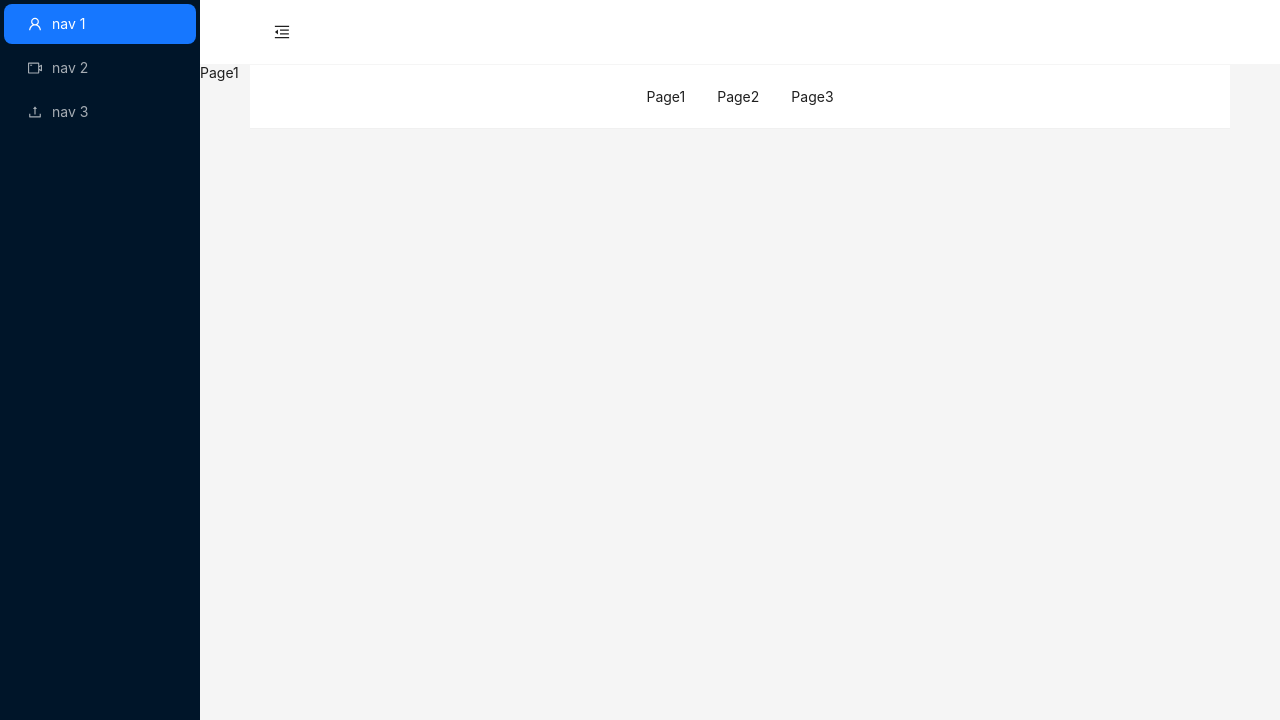
Repository: BESTETURKMEN/e-commerce
Page: /
These files come from the project's save history. The page is drawn as it stood at one moment and after the next save; the edit follows.
The browser window is 1280 px wide. The pictures show the whole page.
The project was rebuilt for these pictures with package versions that can differ from the ones it lists, and the page was loaded fresh each time. Also part of the build but not shown: webpack.config.js, src/pages/page2.jsx, src/pages/page3.jsx.

Above is the page before, as saved 2023-08-21 10:35:40.

### public/index.html
<!DOCTYPE html>
<html lang="en">
  <head>
    <meta charset="utf-8" />

    <meta name="viewport" content="width=device-width, initial-scale=1" />
    <meta name="theme-color" content="#000000" />
    <meta
      name="description"
      content="Web site created using create-react-app"
    />
    <link rel="apple-touch-icn" href="" />

    <title>React App</title>
  </head>
  <body>
    <noscript>You need to enable JavaScript to run this app.</noscript>
    <div id="root"></div>
  </body>
</html>

### src/index.js
import React from "react";
import ReactDOM from "react-dom/client";

import { HashRouter } from "react-router-dom";

import reportWebVitals from "./reportWebVitals";
import RouteWrapper from "./config/routeWrapper";

const root = ReactDOM.createRoot(document.getElementById("root"));
root.render(
  <React.StrictMode>
    <HashRouter>
      <RouteWrapper />
    </HashRouter>
  </React.StrictMode>
);

// If you want to start measuring performance in your app, pass a function
// to log results (for example: reportWebVitals(console.log))
// or send to an analytics endpoint. Learn more: https://bit.ly/CRA-vitals
reportWebVitals();

### src/config/routeWrapper.jsx
import React from "react";
import { Route, Routes } from "react-router";

import Index from "../layout";
import Page1 from "../pages/page1";
import Page2 from "../pages/page2";
import Page3 from "../pages/page3";

export default function RouteWrapper() {
  return (
    <div>
      <Routes>
        <Route element={<Index />}>
          <Route path="/" element={<Page1 />} />
          <Route path="/Page2" element={<Page2 />} />
          <Route path="/Page3" element={<Page3 />} />
        </Route>
      </Routes>
    </div>
  );
}

### src/layout/index.jsx
import React from "react";
import { Outlet } from "react-router";
import { Layout } from "antd";

import Header from "./header";

import "./layout.scss";
import Sider from "./sider";

export default function Index() {
  return (
    <div className="layout">
      <Layout>
        <Layout.Sider>
          <Sider />
        </Layout.Sider>
        <Layout>
          <Layout.Header>
            <Header />
          </Layout.Header>
          <Layout.Content className="content">
            <Outlet />
          </Layout.Content>
        </Layout>
      </Layout>
    </div>
  );
}

### src/pages/page1.jsx
import React from "react";

export default function Page1() {
  return <div>Page1</div>;
}

### src/layout/header.jsx
import { Button, Menu } from "antd";
import React, { useState } from "react";
import { Link } from "react-router-dom";
import "./layout.scss";
import { MenuFoldOutlined, MenuUnfoldOutlined } from "@ant-design/icons";
export default function Header() {
  const [collapsed, setCollapsed] = useState(false);
  const menu = [
    {
      key: "1",
      label: "Page1",
      path: "/",
    },
    {
      key: "2",
      label: "Page2",
      path: "/Page2",
    },
    {
      key: "3",
      label: "Page3",
      path: "/Page3",
    },
  ];
  return (
    <div className="header">
      <Button
        type="text"
        icon={collapsed ? <MenuUnfoldOutlined /> : <MenuFoldOutlined />}
        onClick={() => setCollapsed(!collapsed)}
        style={{
          fontSize: "16px",
          width: 64,
          height: 64,
        }}
      />
      <div className="menuLine">
        <Menu mode="horizontal">
          {menu.map((item) => (
            <Menu.Item key={item.key}>
              <Link to={item.path}>{item.label}</Link>
            </Menu.Item>
          ))}
        </Menu>
      </div>
    </div>
  );
}

### src/layout/layout.scss
* {
  margin: 0;
  padding: 0;
  box-sizing: border-box;
}

.layout {
  .ant-layout {
    height: 100vh;
    .ant-layout-header {
      background-color: rgb(255, 255, 255) !important;

      .menuLine {
        .ant-menu {
          display: flex;
          align-items: center;
          justify-content: center;
        }
      }
    }
  }
}

### src/layout/sider.jsx
import { Menu } from "antd";
import React from "react";
import {
  UploadOutlined,
  UserOutlined,
  VideoCameraOutlined,
} from "@ant-design/icons";

export default function Sider() {
  return (
    <div className="sider">
      <div className="demo-logo-vertical" />
      <Menu
        theme="dark"
        mode="inline"
        defaultSelectedKeys={["1"]}
        items={[
          {
            key: "1",
            icon: <UserOutlined />,
            label: "nav 1",
          },
          {
            key: "2",
            icon: <VideoCameraOutlined />,
            label: "nav 2",
          },
          {
            key: "3",
            icon: <UploadOutlined />,
            label: "nav 3",
          },
        ]}
      />
    </div>
  );
}

Loaded but not shown: src/reportWebVitals.js (common file)

After the next save:
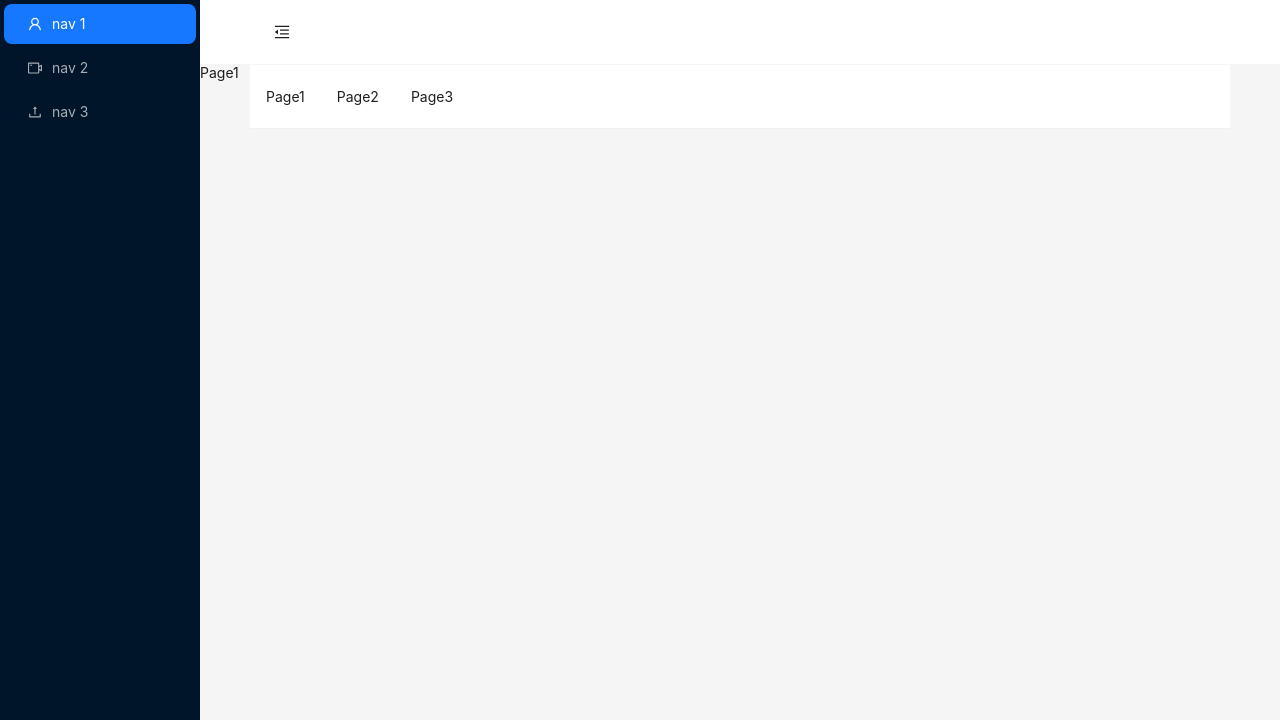
Saved 2 min 19 s later.
--- a/src/layout/layout.scss
+++ b/src/layout/layout.scss
@@ -9,14 +9,17 @@
     height: 100vh;
     .ant-layout-header {
       background-color: rgb(255, 255, 255) !important;
+      .header {
+        width: 100%;
+      }
 
-      .menuLine {
-        .ant-menu {
-          display: flex;
-          align-items: center;
-          justify-content: center;
-        }
-      }
+      // .menuLine {
+      //   .ant-menu {
+      //     display: flex;
+      //     align-items: center;
+      //     justify-content: center;
+      //   }
+      // }
     }
   }
 }

After the 2 saves that followed:
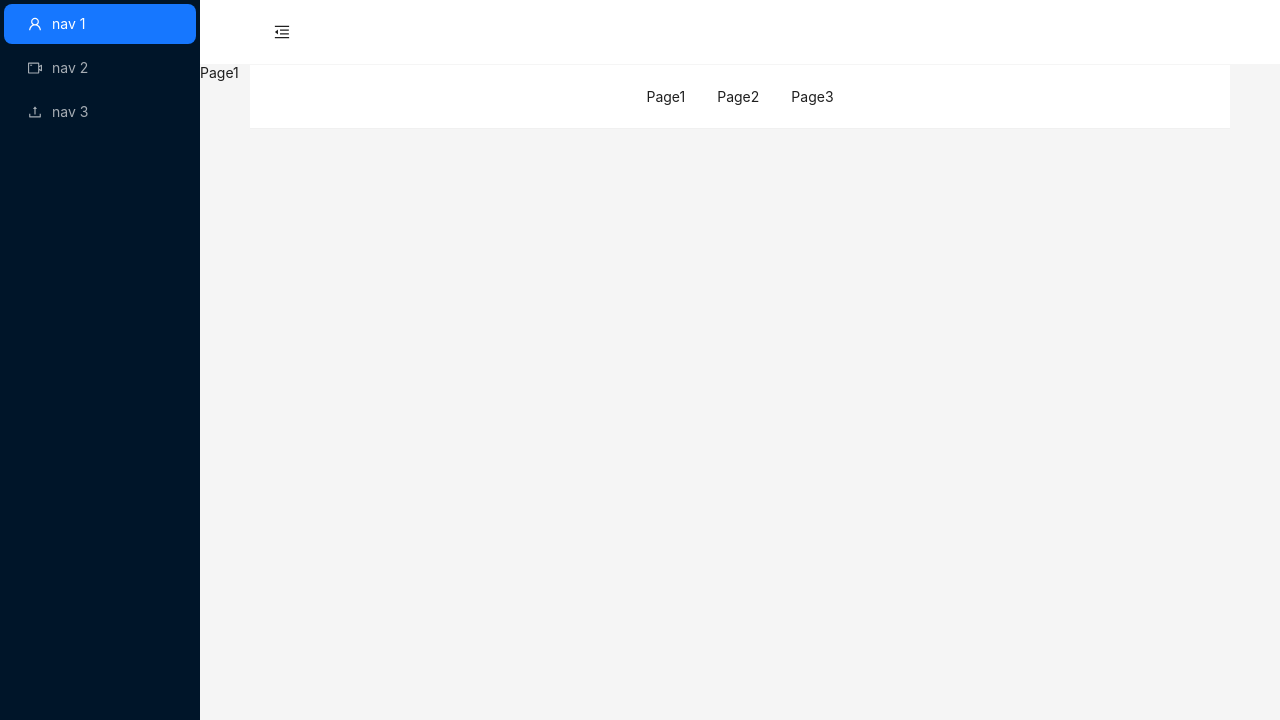
The 2 saves are shown as one change because 1 left the picture as it was.
The last was saved 60 s later.
--- a/src/layout/layout.scss
+++ b/src/layout/layout.scss
@@ -10,16 +10,14 @@
     .ant-layout-header {
       background-color: rgb(255, 255, 255) !important;
       .header {
-        width: 100%;
+        .menuLine {
+          .ant-menu {
+            display: flex;
+            align-items: center;
+            justify-content: center;
+          }
+        }
       }
-
-      // .menuLine {
-      //   .ant-menu {
-      //     display: flex;
-      //     align-items: center;
-      //     justify-content: center;
-      //   }
-      // }
     }
   }
 }
